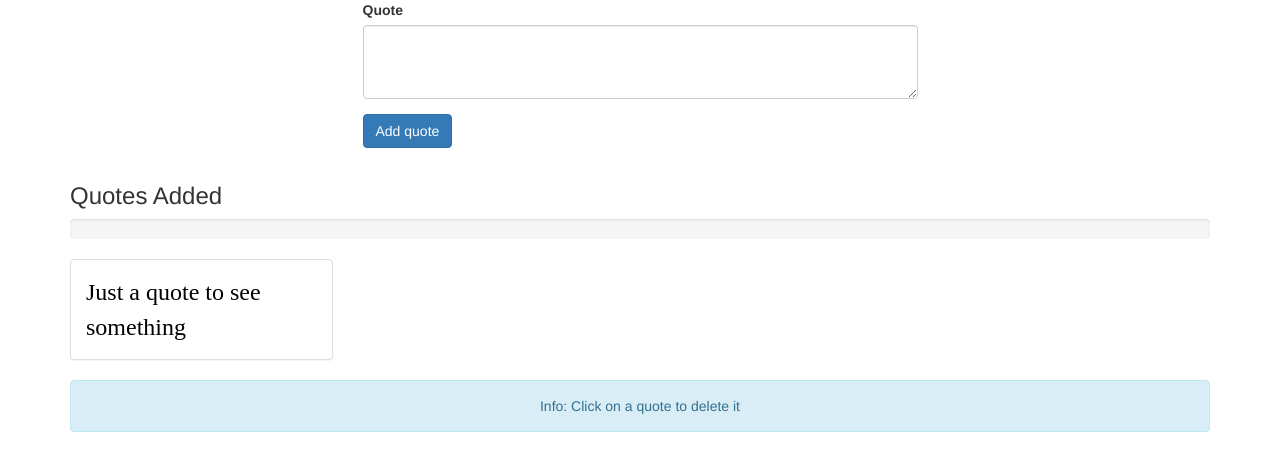
Repository: Azariagmt/Vue
Page: / (app in quote/Start/)
An editor plug-in stored every save of this project. The page is shown before and after the next save, followed by the edit.
The browser window is 1280 px wide. The pictures show the whole page.
Some web fonts or font styles are not loaded; a fallback is used. The project was rebuilt for these pictures with package versions that can differ from the ones it lists, and the page was loaded fresh each time. Also part of the build but not shown: quote/Start/webpack.config.js.

Above is the page before, as saved 2020-05-08 14:10:02.

### quote/Start/src/App.vue
<template>
    <div class="container">

        <app-new-qute @quoteAdded="newQuote"></app-new-qute>
    <app-header></app-header>
    <app-quote-grid :quotes="quotes" @quoteDeleted="deleteQuote"></app-quote-grid>
    <div class="row">
        <div class="col-sm-12 text-center">
            <div class="alert alert-info">
                Info: Click on a quote to delete it
            </div>
        </div>
    </div>
    </div>
</template>

<script>
import QuoteGrid from './components/QuoteGrid.vue';
import NewQuote from './components/NewQuote.vue';
import Header from './components/Header.vue';

    export default {
        data: function(){
            return{
                quotes: ['Just a quote to see something'],
                maxQuotes: 10
            }
        },
        methods:{
            newQuote(quote){
                this.quotes.push(quote);
            },
            deleteQuote(index){
                this.quotes.splice(index,1);
            }
        },
        components:{
            appQuoteGrid: QuoteGrid,
            appNewQute: NewQuote,
            appHeader: Header
        }
    }
</script>

<style>
</style>

### quote/Start/src/components/QuoteGrid.vue
<template>
<div class="row">
<app-quote v-for="(quote, index) in quotes" @click.native="deleteQuote(index)">{{quote}}</app-quote>
</div>
</template>

<script>
import Quote from './Quote.vue';

export default {
    props: ['quotes'],
    methods:{
        deleteQuote(index){
            this.$emit('quoteDeleted', index);
        }
    },
    components: {
        appQuote: Quote
    }
}
</script>

<style scoped>

</style>

### quote/Start/src/components/NewQuote.vue
<template>
  <div class="row">
    <form>
      <div class="form-group col-sm-8 col-sm-offset-2 col-xs-12 col-md-6 col-md-offset-3">
        <label>Quote</label>
        <textarea class="form-control" rows="3" v-model="quote"></textarea>
      </div>
        <div class="form-group col-sm-8 col-sm-offset-2 col-xs-12 col-md-6 col-md-offset-3">
       <button class="btn btn-primary" @click.prevent="createNew()">Add quote</button>
          </div>
    </form>
  </div>
</template>

<script>
export default {
    data: function(){
        return {
            quote: ''
        }
    },
    methods:{
        createNew: function(){
            this.$emit('quoteAdded', this.quote);
            this.quote = '';
        }
    }
};
</script>

<style scoped>
</style>

### quote/Start/src/components/Header.vue
<template>
<div>
    <h3>Quotes Added</h3>
    <div class="progress">
        <div class="progress">
            <div class="progress-bar" role="progressbar" aria-valuenow="60" aria-valuemin="0" aria-valuemax="100">

            </div>
        </div>
    </div>
</div>
</template>
<script>
</script>
<style scoped>

</style>

### quote/Start/src/components/Quote.vue
<template>
<div class="col-sm-6 col-md-4 col-lg-3">
    <div class="panel panel-default">
        <div class="panel-body quote">
            <slot></slot>
        </div>
    </div>
</div>
</template>

<script>
export default {
    props: ['quotes']
}
</script>

<style>
        .panel-body{
            font-family: 'Arizonia', cursive;
            font-size: 24px;
            color: black;
        }
        .quote{
            cursor:pointer;
        }
        .quote:hover{
            background-color: aqua;
        }
</style>

Loaded but not shown: quote/Start/index.html (common file); quote/Start/src/main.js (common file)

After the next save:
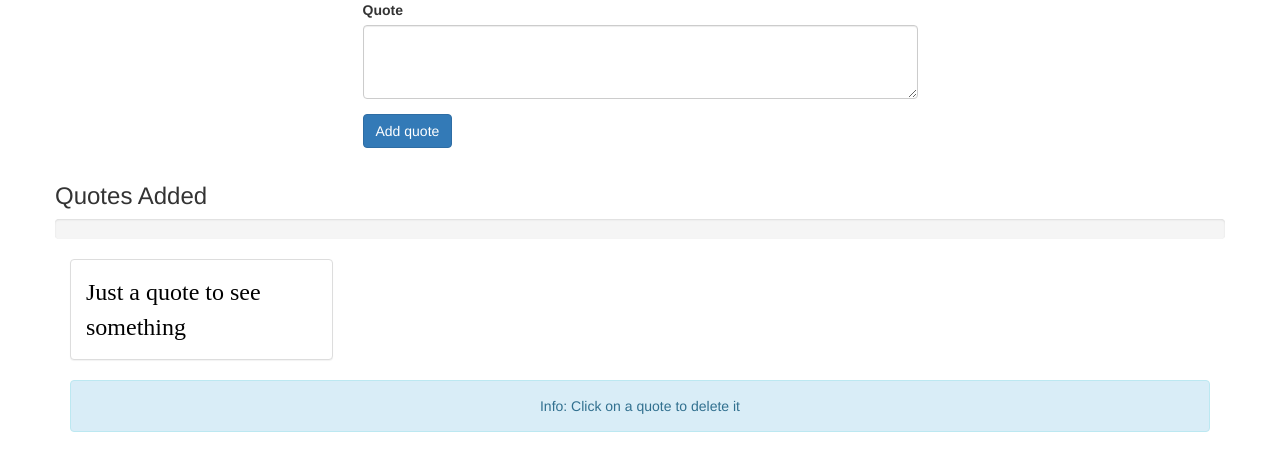
Saved 23 s later.
--- a/quote/Start/src/components/Header.vue
+++ b/quote/Start/src/components/Header.vue
@@ -1,5 +1,5 @@
 <template>
-<div>
+<div class="row">
     <h3>Quotes Added</h3>
     <div class="progress">
         <div class="progress">

After the 4 saves that followed:
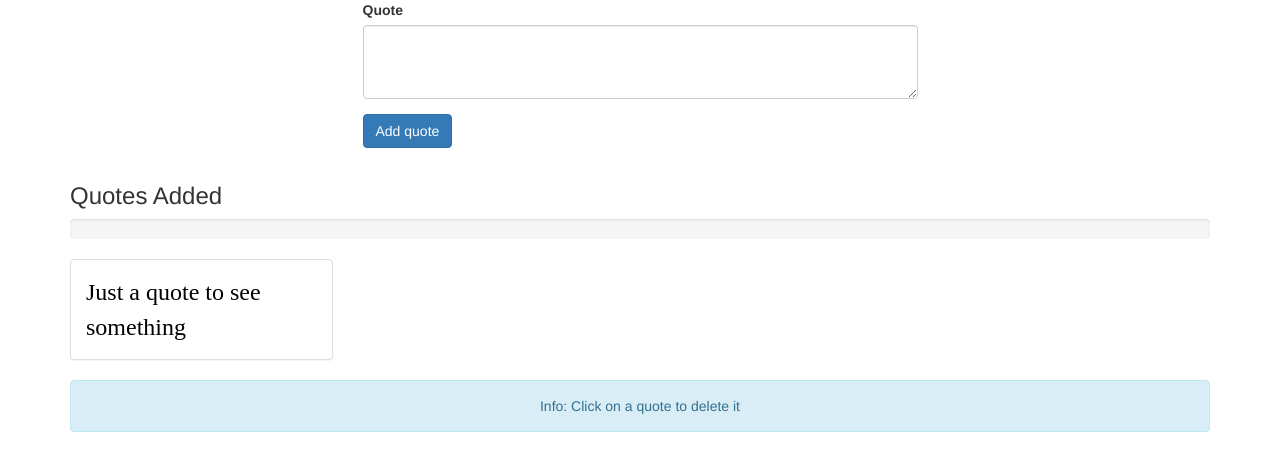
The 4 saves are shown as one change because they came seconds apart.
The last was saved 14 s later.
--- a/quote/Start/src/components/Header.vue
+++ b/quote/Start/src/components/Header.vue
@@ -1,17 +1,22 @@
 <template>
-<div class="row">
-    <h3>Quotes Added</h3>
-    <div class="progress">
+  <div class="row">
+    <div class="col-md-12">
+      <h3>Quotes Added</h3>
+      <div class="progress">
         <div class="progress">
-            <div class="progress-bar" role="progressbar" aria-valuenow="60" aria-valuemin="0" aria-valuemax="100">
-
-            </div>
+          <div
+            class="progress-bar"
+            role="progressbar"
+            aria-valuenow="60"
+            aria-valuemin="0"
+            aria-valuemax="100"
+          ></div>
         </div>
+      </div>
     </div>
-</div>
+  </div>
 </template>
 <script>
 </script>
 <style scoped>
-
 </style>
